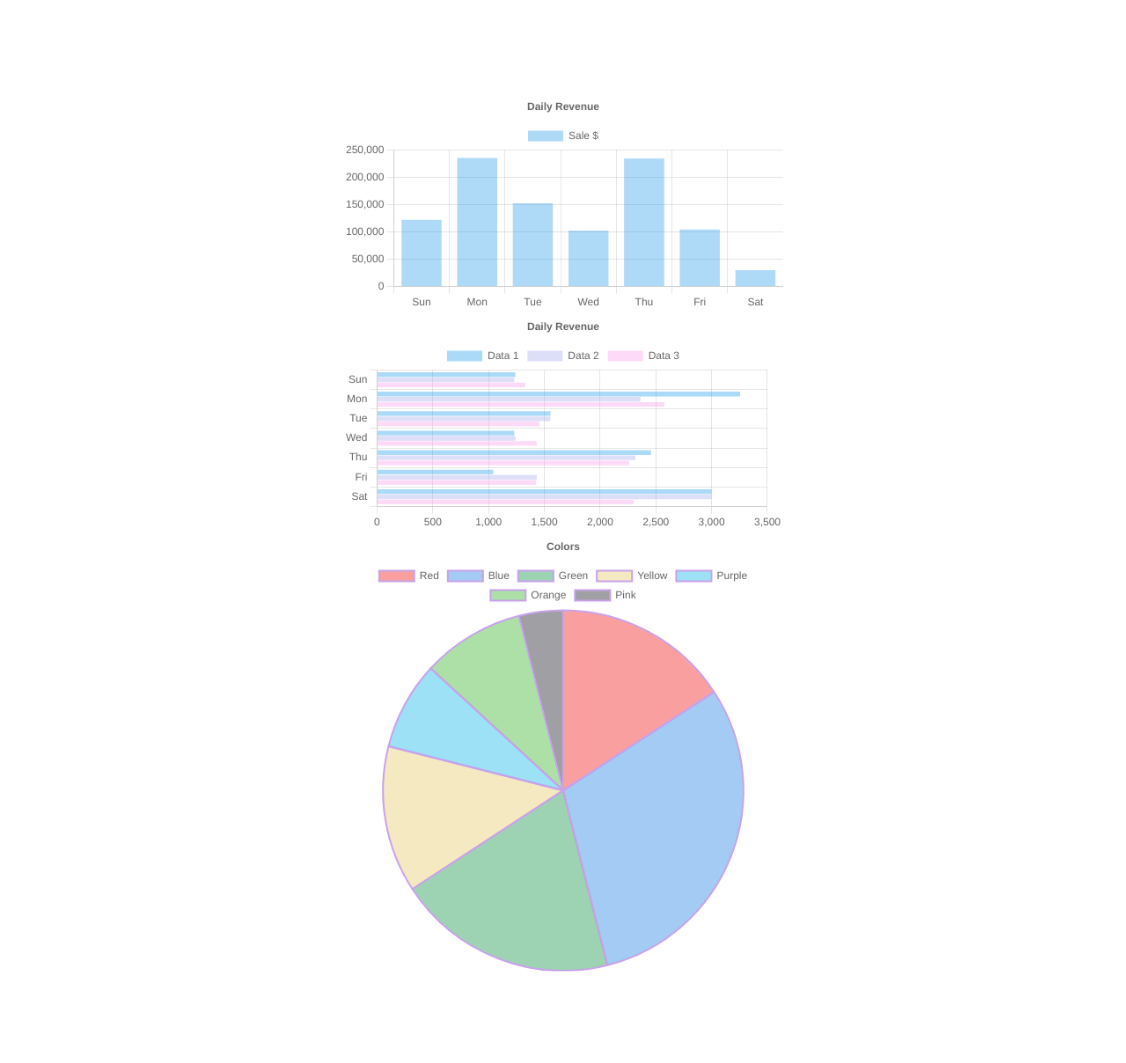
Repository: k8ANStar/exercise-5
Page: /
The author's editor kept a copy of each file at every save. The page is drawn from the files as they stood at one save, then again after a run of saves.
The browser window is 1280 px wide. The pictures show the whole page, at 88% of full size.
The project was rebuilt for these pictures with package versions that can differ from the ones it lists, and the page was loaded fresh each time. The framework's server and built-in components were replaced by stand-ins that run in the browser. Also part of the build but not shown: next.config.mjs.

Above is the page before, as saved 2024-04-15 10:44:48.

### pages/index.js
import styles from "@/styles/Home.module.css";
import VerticalChart from "@/components/VerticalChart";
import HorizontalChart from "@/components/HorizontalChart";
import PieChart from "@/components/PieChart";

export default function Home() {
	return (
		<>
			<main className={`${styles.main} `}>
				<VerticalChart />

				<HorizontalChart />

				<PieChart />
			</main>
		</>
	);
}

### styles/Home.module.css
.main {
	display: flex;
	flex-direction: column;
	justify-content: space-between;
	align-items: center;
	padding: 6rem;
	min-height: 30vh;
}

### components/VerticalChart/index.js
import styles from "./VerticalChart.module.css";
import { Bar } from "react-chartjs-2";
import {
	Chart as ChartJS,
	CategoryScale,
	LinearScale,
	BarElement,
	Title,
	Tooltip,
	Legend,
} from "chart.js";

import { useEffect, useState } from "react";

ChartJS.register(
	CategoryScale,
	LinearScale,
	BarElement,
	Title,
	Tooltip,
	Legend
);

export default function VerticalChart() {
	const [chartData, setChartData] = useState({
		datasets: [],
	});
	const [chartOptions, setChartOptions] = useState({});

	useEffect(() => {
		setChartData({
			labels: ["Sun", "Mon", "Tue", "Wed", "Thu", "Fri", "Sat"],
			datasets: [
				{
					label: "Sale $",
					data: [122340, 235256, 152455, 102430, 234561, 104326, 30000],
					borderColor: "rgb(53, 162, 235)",
					backgroundColor: "rgb(53, 162, 235, 0.4)",
				},
			],
		});

		setChartOptions({
			plugins: {
				legend: {
					postion: "top",
				},
				title: {
					display: true,
					text: "Daily Revenue",
				},
			},
			maintainAspectRatio: false,
			responsive: true,
		});
	}, []);

	return (
		<div>
			<Bar
				data={chartData}
				options={chartOptions}
				style={{ width: "500px", height: "300px" }}
			/>
		</div>
	);
}

### components/HorizontalChart/index.js
import styles from "./HorizontalChart.module.css";
import { Bar } from "react-chartjs-2";
import {
	Chart as ChartJS,
	CategoryScale,
	LinearScale,
	BarElement,
	Title,
	Tooltip,
	Legend,
} from "chart.js";

import { useEffect, useState } from "react";

ChartJS.register(
	CategoryScale,
	LinearScale,
	BarElement,
	Title,
	Tooltip,
	Legend
);

export default function HorizontalChart() {
	const [chartData, setChartData] = useState({
		datasets: [],
	});
	const [chartOptions, setChartOptions] = useState({});

	useEffect(() => {
		setChartData({
			labels: ["Sun", "Mon", "Tue", "Wed", "Thu", "Fri", "Sat"],
			datasets: [
				{
					label: "Data 1",
					data: [1240, 3256, 1555, 1230, 2456, 1042, 3000],
					borderColor: "rgb(43, 162, 235)",
					backgroundColor: "rgb(43, 162, 235, 0.4)",
				},
				{
					label: "Data 2",
					data: [1230, 2361, 1555, 1240, 2317, 1432, 3000],
					borderColor: "rgb(170, 162, 235)",
					backgroundColor: "rgb(170, 172, 235, 0.4)",
				},
				{
					label: "Data 3",
					data: [1330, 2576, 1455, 1430, 2261, 1426, 2300],
					borderColor: "rgb(250, 162, 235)",
					backgroundColor: "rgb(250, 162, 235, 0.4)",
				},
			],
		});

		setChartOptions({
			indexAxis: "y",
			plugins: {
				legend: {
					postion: "top",
				},
				title: {
					display: true,
					text: "Daily Revenue",
				},
			},
			maintainAspectRatio: true,
			responsive: true,
		});
	}, []);

	return (
		<div>
			<Bar
				data={chartData}
				options={chartOptions}
				style={{ width: "500px", height: "300px" }}
			/>
		</div>
	);
}

### components/PieChart/index.js
import styles from "./PieChart.module.css";
import { Pie } from "react-chartjs-2";
import {
	Chart as ChartJS,
	CategoryScale,
	ArcElement,
	Tooltip,
	Legend,
} from "chart.js";

import { useEffect, useState } from "react";

ChartJS.register(CategoryScale, ArcElement, Tooltip, Legend);

export default function PieChart() {
	const [chartData, setChartData] = useState({
		datasets: [],
	});
	const [chartOptions, setChartOptions] = useState({});

	useEffect(() => {
		setChartData({
			labels: ["Red", "Blue", "Green", "Yellow", "Purple", "Orange", "Pink"],
			datasets: [
				{
					label: "# of Votes",
					data: [12, 23, 15, 10, 6, 7, 3],
					borderColor: "rgb(200, 162, 235)",
					backgroundColor: [
						"rgb(242, 15, 15, 0.4)",
						"rgb(25, 126, 226, 0.4)",
						"rgb(11, 146, 65, 0.4)",
						"rgb(228, 200, 100, 0.4)",
						"rgb(12, 180, 235, 0.4)",
						"rgb(49, 178, 35, 0.4)",
						"rgb(19, 16, 25, 0.4)",
					],
				},
			],
		});

		setChartOptions({
			plugins: {
				legend: {
					postion: "top",
				},
				title: {
					display: true,
					text: "Colors",
				},
			},
			maintainAspectRatio: false,
			responsive: true,
		});
	}, []);

	return (
		<div>
			<Pie
				data={chartData}
				options={chartOptions}
				style={{ width: "500px", height: "300px" }}
			/>
		</div>
	);
}

Loaded but not shown: pages/_app.js (common file); pages/_document.js (common file); styles/globals.css (common file); components/HorizontalChart/HorizontalChart.module.css (no stored copy; drawn as an empty file); components/PieChart/PieChart.module.css (no stored copy; drawn as an empty file); components/VerticalChart/VerticalChart.module.css (no stored copy; drawn as an empty file)

After the next 2 saves:
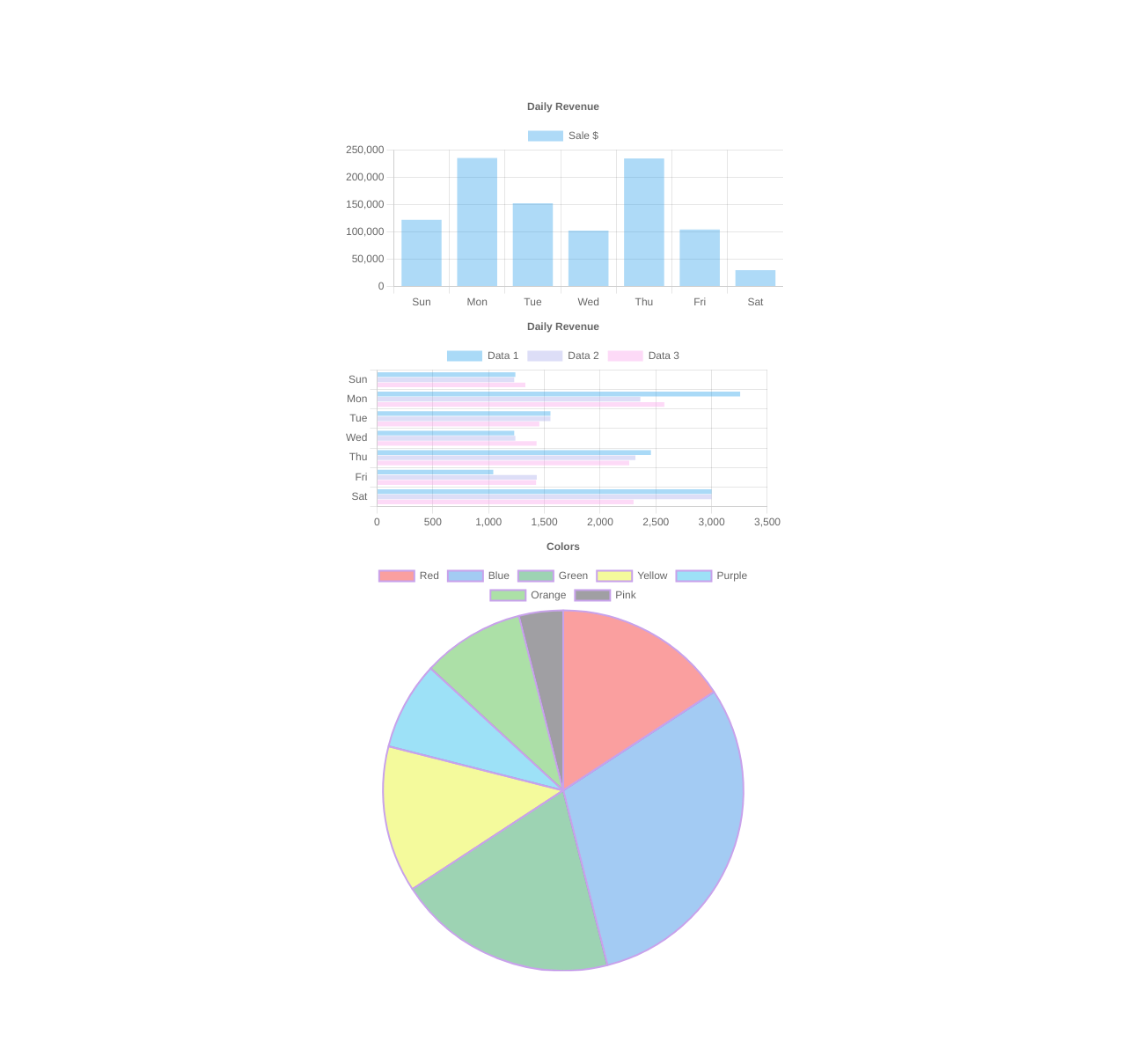
The 2 saves are shown as one change because they came seconds apart.
The last was saved 7 s later.
--- a/components/PieChart/index.js
+++ b/components/PieChart/index.js
@@ -30,7 +30,7 @@ export default function PieChart() {
 						"rgb(242, 15, 15, 0.4)",
 						"rgb(25, 126, 226, 0.4)",
 						"rgb(11, 146, 65, 0.4)",
-						"rgb(228, 200, 100, 0.4)",
+						"rgb(228, 243, 9, 0.4)",
 						"rgb(12, 180, 235, 0.4)",
 						"rgb(49, 178, 35, 0.4)",
 						"rgb(19, 16, 25, 0.4)",
